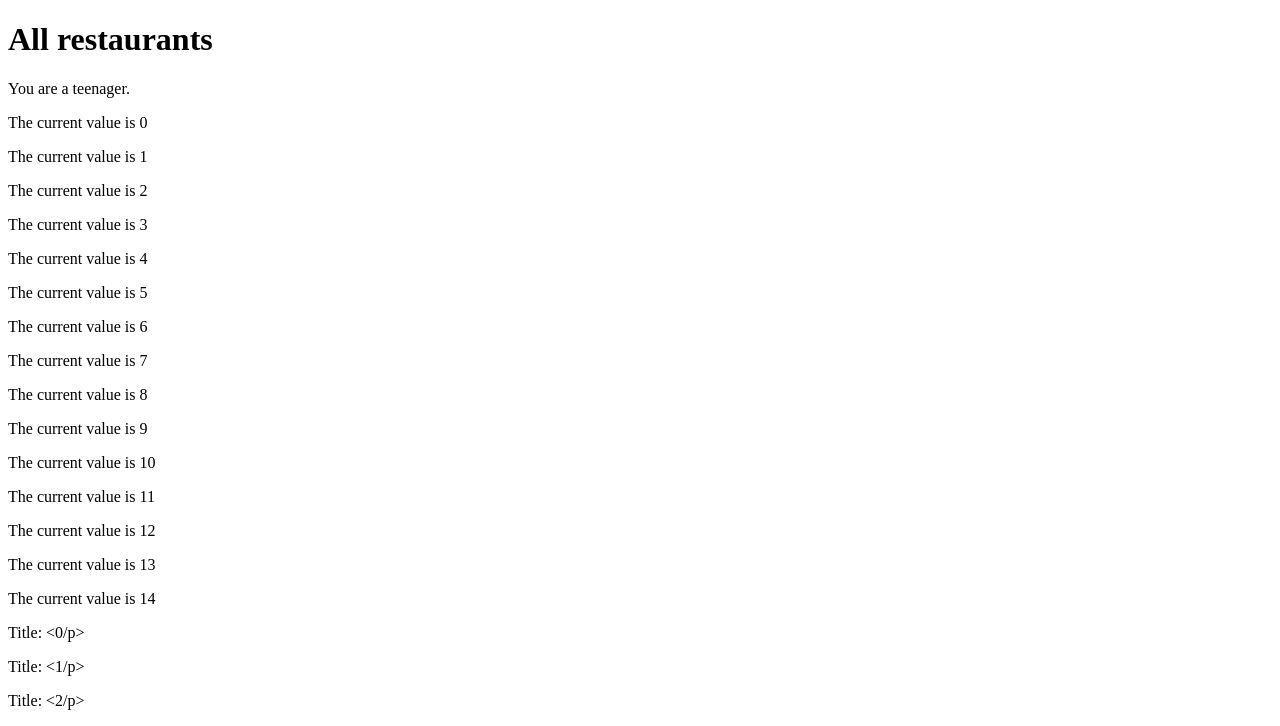
Repository: Dj3y/laravel
Page: http://localhost/restaurants
These files come from the project's save history. The page is drawn as it stood at one moment and after a run of saves; the edit follows.
The browser window is 1280 px wide. The pictures show the whole page.
The page is served by the project's Laravel application, run on PHP 8.4 with Laravel 12. Other server files are loaded and not shown. Queries for data that is not in the repository find no rows.

Above is the page before, as saved 2024-09-23 16:06:06.

### routes/web.php
<?php

use Illuminate\Support\Facades\Route;
use App\Http\Controllers\RestaurantController;

Route::get('/', function () {
    return view('welcome');
});

// Display all the restaurants
Route::get('/restaurants',[RestaurantController::class, 'index']);

// Show the details of a specific restaurant by id
// Route::get('/restaurant/show/{post:id}',  [RestaurantController::class, 'show/$id']);

// Show the form in order to create an restaurant
Route::get('/restaurant/create',[RestaurantController::class, 'create' ]);

// Post/public the restaurant
Route::post('/restaurant/create',function(){

});

// Show the form of an restaurant
Route::get('/restaurant/edit/{post:id}',[RestaurantController::class, 'edit/$id']);

// Update this specific restaurant
Route::put('/restaurant/edit/{post:id}',function($id){

});
// Delete a specific restaurant
Route::delete('/restaurant/{post:id}',function($id){
});

### app/Http/Controllers/RestaurantController.php
<?php

namespace App\Http\Controllers;

use Illuminate\Http\Request;

class RestaurantController extends Controller
{
    /**
     * Display a listing of the resource.
     */
    public function index()
    {
        $restaurants = \App\Models\Restaurant::all();
        return view('restaurants/index', ['restaurants' => $restaurants]);
    }

    /**
     * Show the form for creating a new resource.
     */
    public function create()
    {
        return view('restaurants/create');
    }

    /**
     * Store a newly created resource in storage.
     */
    public function store(Request $request)
    {
        //
    }

    /**
     * Display the specified resource.
     */
    public function show(string $id)
    {
        $restaurant = \App\Models\Restaurant::findOrFail($id);
        return view('restaurants/show', ['restaurant' => $restaurant]);
    }

    /**
     * Show the form for editing the specified resource.
     */
    public function edit(string $id)
    {
        $restaurant = \App\Models\Restaurant::findOrFail($id);
        return view('restaurants/edit', ['restaurant' => $restaurant]);
    }

    /**
     * Update the specified resource in storage.
     */
    public function update(Request $request, string $id)
    {
        //
    }

    /**
     * Remove the specified resource from storage.
     */
    public function destroy(string $id)
    {
        //
    }
}

### app/Models/Restaurant.php
<?php

namespace App\Models;

use Illuminate\Database\Eloquent\Factories\HasFactory;
use Illuminate\Database\Eloquent\Model;

class Restaurant extends Model
{
    // use HasFactory;²
    protected $table = 'restaurants';
}

### resources/views/restaurants/index.blade.php
<!DOCTYPE html>
<html lang="en">
<head>
    <meta charset="UTF-8">
    <meta name="viewport" content="width=device-width, initial-scale=1.0">
    <title>Restaurants</title>
</head>
<body>
    <h1>All restaurants</h1>
    <!-- create, initialization, of variables -->
    @php
        $age = 15;
        $a = 15;
        $posts = ['test', 'function', 'laravel']
    @endphp

    @if($age >= 18)
        <p>You are an adult.</p>
    @else
        <p>You are a teenager.</p>
    @endif

    @for($i = 0; $i < $a; $i++)
        <p>The current value is {{ $i }}</p>
    @endfor

    @foreach($posts as $post => $value)
        <p>Title: <{{ $post }}/p>
    @endforeach
</body>
</html>

Loaded but not shown: app/Http/Controllers/Controller.php (common file)

After the next 10 saves:
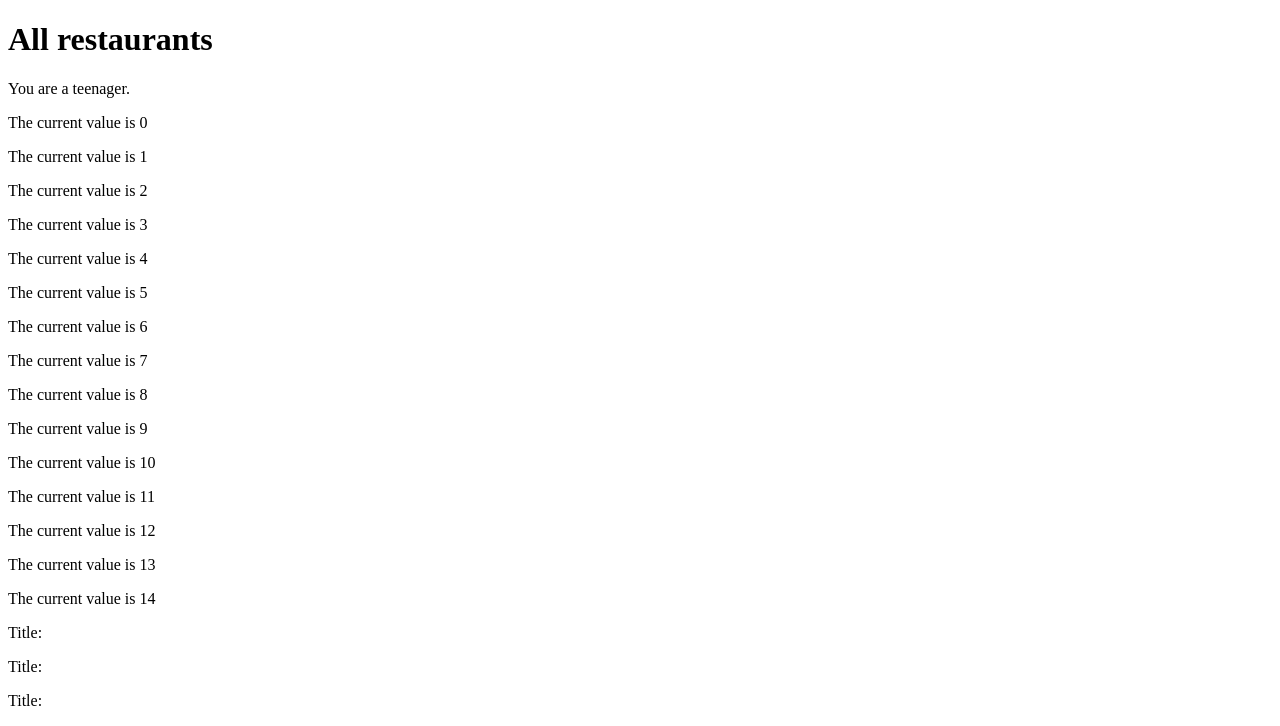
The 10 saves are shown as one change because 4 did not build or start and some came seconds apart.
The last was saved 3 min 56 s later.
--- a/resources/views/restaurants/index.blade.php
+++ b/resources/views/restaurants/index.blade.php
@@ -24,7 +24,7 @@
         <p>The current value is {{ $i }}</p>
     @endfor
 
-    @foreach($posts as $post => $value)
+    @foreach($posts as $post)
         <p>Title: <{{ $post }}/p>
     @endforeach
 </body>
